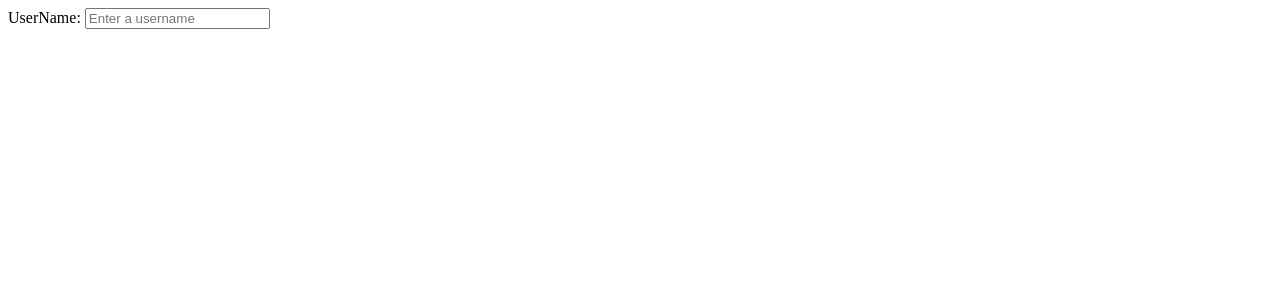
Repository: OtabekScarcro/advance-java
Page: http://localhost/Session_under_jsp_overview/login.jsp
The author's editor kept a copy of each file at every save. The page is drawn from the files as they stood at one save, then again after the next save.
The browser window is 1280 px wide. The pictures show the whole page.
The page is served by Tomcat 10. Other server files are loaded and not shown.

Above is the page before, as saved 2023-03-25 12:38:44.

### Session under jsp overview/src/main/webapp/login.jsp
<%@ page language="java" contentType="text/html; charset=ISO-8859-1"
    pageEncoding="ISO-8859-1"%>
<!DOCTYPE html>
<html>
<head>
<meta charset="ISO-8859-1">
<title>Login</title>
</head>
<body>
UserName: <input type="text" name="username" placeholder="Enter a username" required>
</body>
</html>

After the next save:
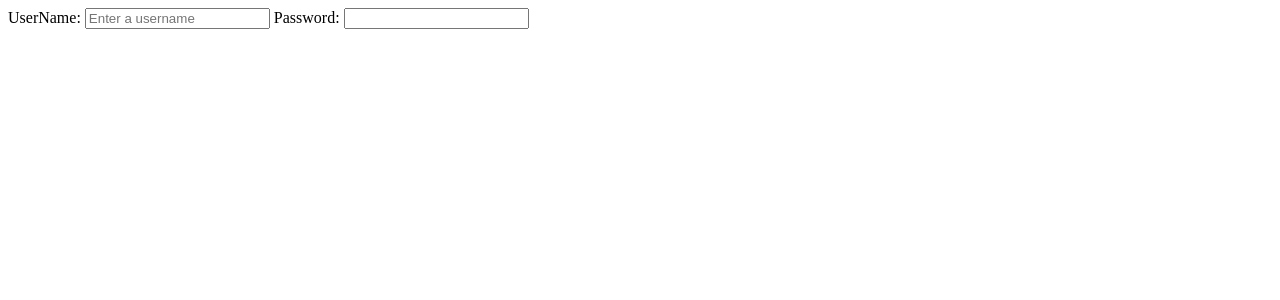
Saved 31 s later.
--- a/Session under jsp overview/src/main/webapp/login.jsp
+++ b/Session under jsp overview/src/main/webapp/login.jsp
@@ -8,5 +8,6 @@
 </head>
 <body>
 UserName: <input type="text" name="username" placeholder="Enter a username" required>
+Password: <input type="password" name="password">
 </body>
 </html>
